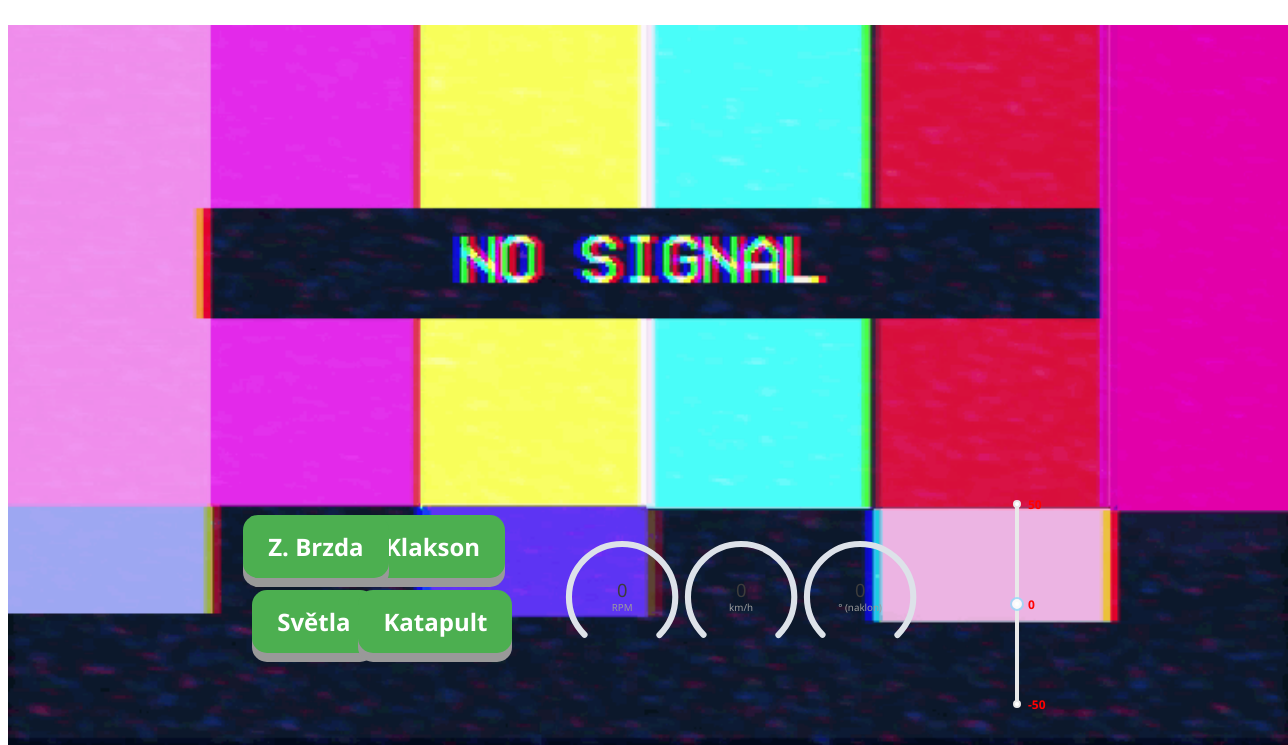
Repository: matyasvelc/train
Page: / (app in frontend/)
The author's editor kept a copy of each file at every save. The page is drawn from the files as they stood at one save, then again after the next save.
The browser window is 1280 px wide. The page is 1288 px wide, so the pictures cover 1288 px, including what lies to the right of the window. The pictures show the whole page.
The page's requests for data from a server got no answer. The project was rebuilt for these pictures with package versions that can differ from the ones it lists, and the page was loaded fresh each time. No one was signed in, and anything a server would have sent is missing.

Above is the page before, as saved 2022-04-04 20:43:29.

After the next save:
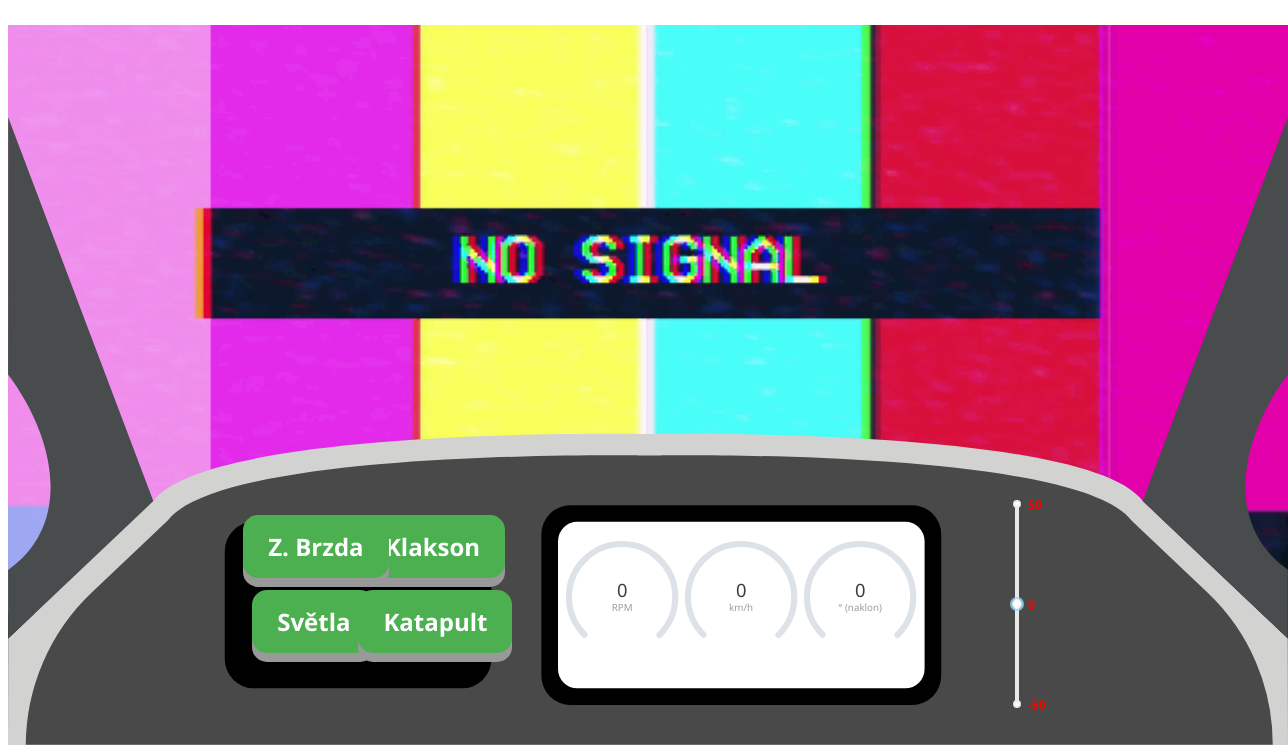
Saved 18 s later.
--- a/frontend/src/styles.css
+++ b/frontend/src/styles.css
@@ -18,7 +18,7 @@ body {
   background-image: url(./nosignal.gif);
 }
 .vlak {
-  background-image:url(./nosignal.gif), url(./train.svg);
+  background-image: url(./train.svg), url(./nosignal.gif);
   background-repeat: no-repeat;
   background-size: 100%;
   width: 100%;
